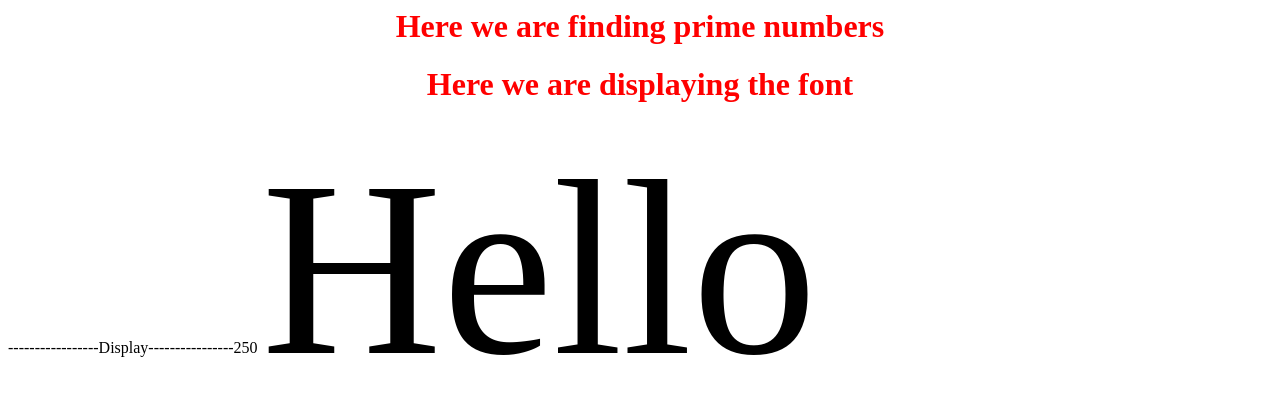
Repository: AbhishekSinghChouhan45/JSP-Projects
Page: http://localhost/JSP-22PrimeNumberFromCustomeTag/
These files come from the project's save history. The page is drawn as it stood at one moment and after the next save; the edit follows.
The browser window is 1280 px wide. The pictures show the whole page.
The page is served by Tomcat 10.

Above is the page before, as saved 2023-12-07 04:56:30.

After the next save:
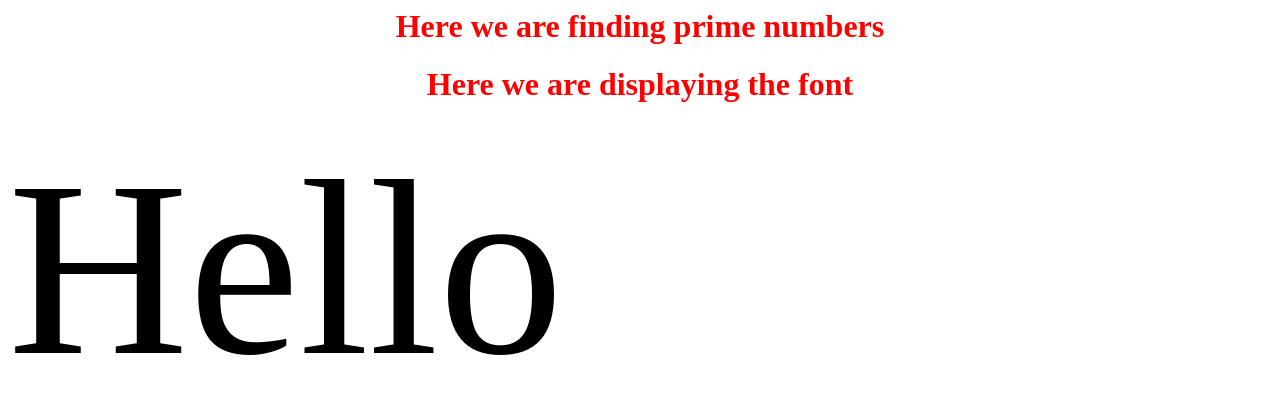
Saved 17 s later.
--- a/JSP-22PrimeNumberFromCustomeTag/src/main/java/com/nt/prime/Display.java
+++ b/JSP-22PrimeNumberFromCustomeTag/src/main/java/com/nt/prime/Display.java
@@ -19,8 +19,8 @@
 		public int doStartTag() throws JspException {
 			System.out.println("Display.doStartTag()");
 			try {
+				System.out.println("-----------------"+font+"----------------"+size);
 				JspWriter out = pageContext.getOut();
-				out.println("-----------------"+font+"----------------"+size);
 				out.println("<span style= 'font-family: "+font+"; font-size: "+size+";'>");
 			}catch (Exception e) {
 				System.out.println(e.getMessage());
